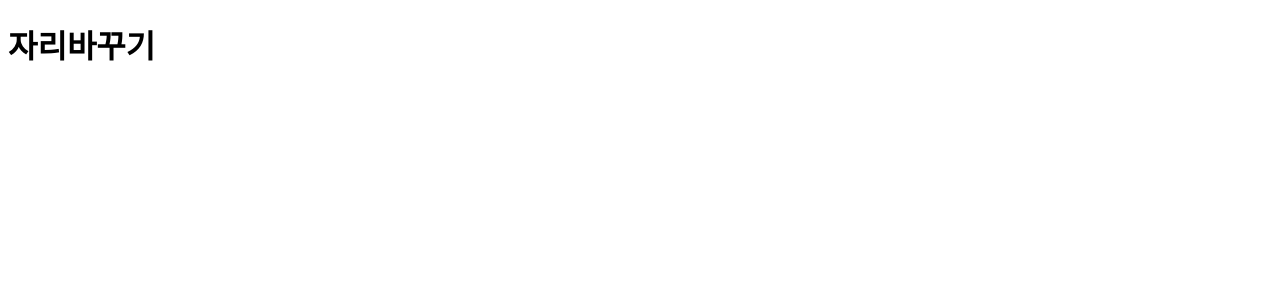
Repository: se-yoo/ChangeSeat
Page: http://localhost/ChangeSeat/changeIndex.jsp
An editor plug-in stored every save of this project. The page is shown before and after the next save, followed by the edit.
The browser window is 1280 px wide. The pictures show the whole page.
The page is served by Tomcat 9.

Above is the page before, as saved 2018-06-25 06:00:18.

### ChangeSeat/WebContent/changeIndex.jsp
<%@ page language="java" contentType="text/html; charset=UTF-8"
    pageEncoding="UTF-8"%>
<!DOCTYPE html>
<html>
<head>
<meta content="text/html; charset=UTF-8">
<title></title>
</head>
<body>
	<h1 class="header">
    	자리바꾸기
  	</h1>
</body>
</html>

After the next save:
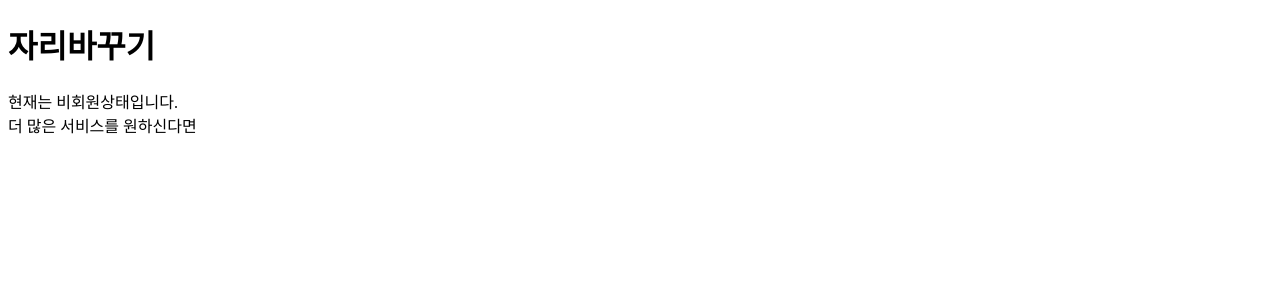
Saved 98 min 48 s later.
--- a/ChangeSeat/WebContent/changeIndex.jsp
+++ b/ChangeSeat/WebContent/changeIndex.jsp
@@ -10,5 +10,6 @@
 	<h1 class="header">
     	자리바꾸기
   	</h1>
+  	<div id="logout">현재는 <span>비회원</span>상태입니다.<br>더 많은 서비스를 원하신다면</div>
 </body>
 </html>
